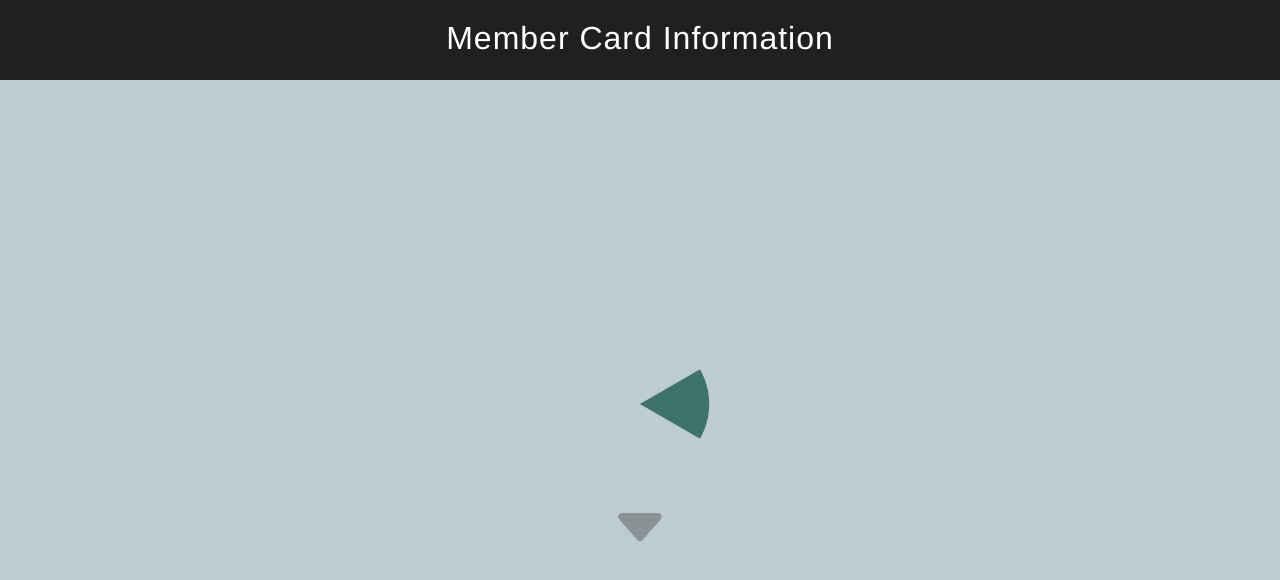
Repository: Leooook/lzhao-fed-test
Page: /
An editor plug-in stored every save of this project. The page is shown before and after the next save, followed by the edit.
The browser window is 1280 px wide. The pictures show the whole page.
The page's requests for data from a server got no answer. The project was rebuilt for these pictures with package versions that can differ from the ones it lists, and the page was loaded fresh each time. No one was signed in, and anything a server would have sent is missing. Also part of the build but not shown: src/components/detail.jsx.

Above is the page before, as saved 2021-03-15 21:59:41.

After the next save:
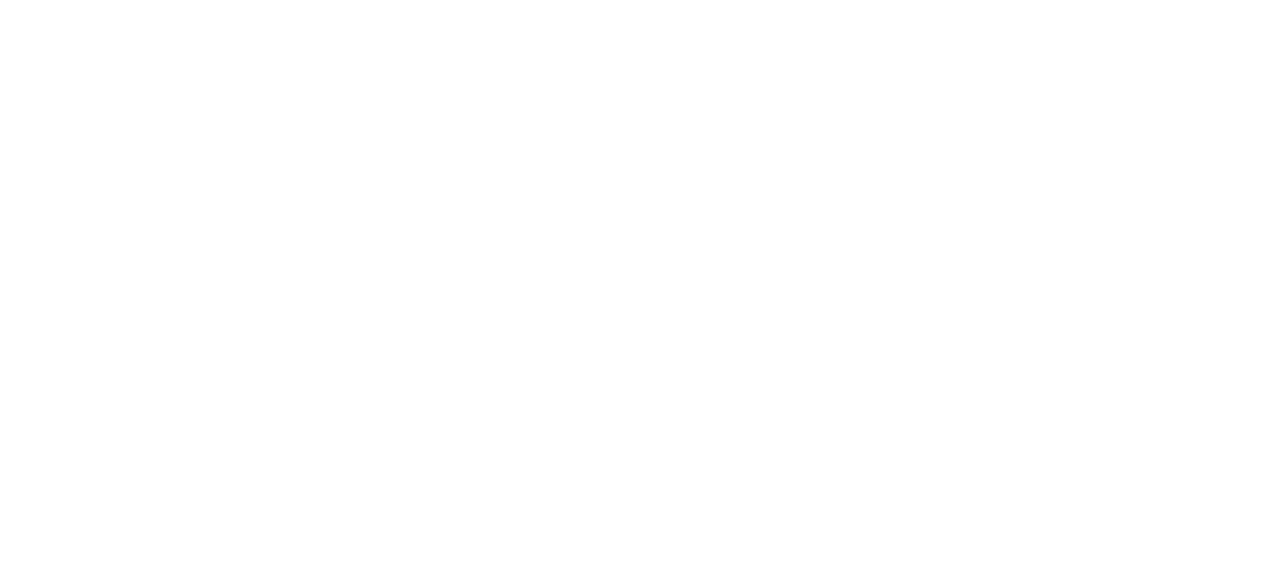
Console error: ReferenceError: None is not defined
Saved 54 s later.
--- a/src/App.js
+++ b/src/App.js
@@ -7,7 +7,7 @@ import Feature from './components/feature.jsx'
 
 export default function App() {
   const [featureAmount, setFeatureAmount] = useState([1])
-  const [iconsDispaly, setIconsDisplay] = useState([false])
+  const [iconsDispaly, setIconsDisplay] = useState(false)
 
   const setFeature = () => {
     setFeatureAmount(featureAmount => {return [...featureAmount, 1]})

After the 2 saves that followed:
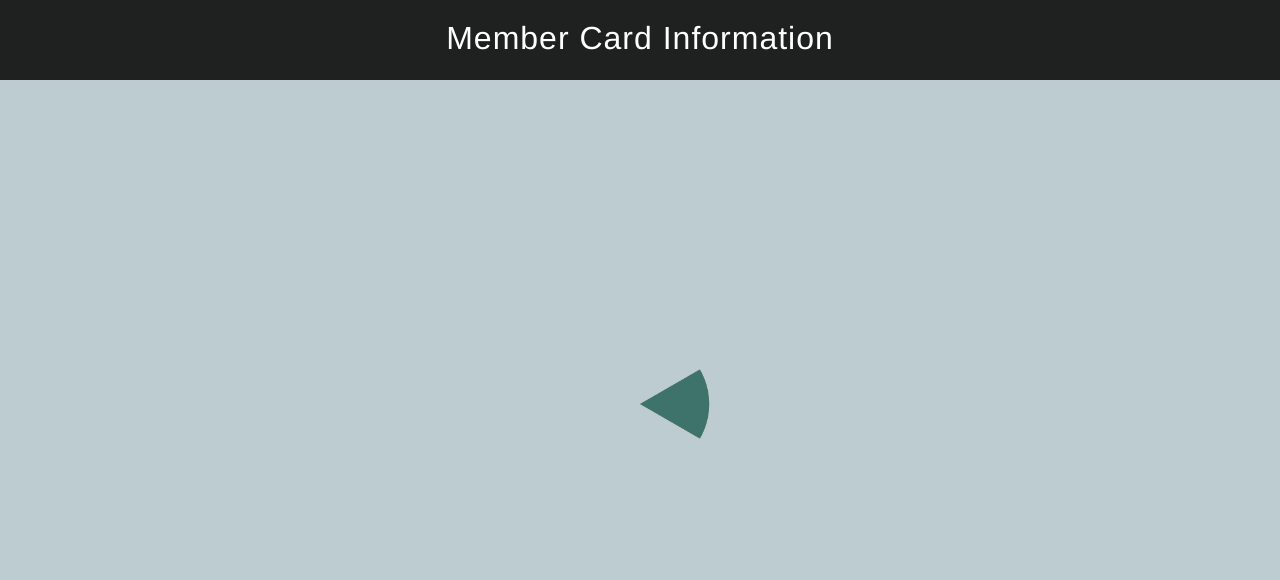
The error is gone.
The 2 saves are shown as one change because 1 left the picture as it was.
The last was saved 103 s later.
--- a/src/App.js
+++ b/src/App.js
@@ -24,7 +24,7 @@ export default function App() {
         featureAmount.map((key) => <Feature key = {key} setIcons={() => setIcons()} />)
       }
       {
-        iconsDispaly ? <BsCaretDownFill className='add-feature' onClick={() => setFeature()}/> : None
+        iconsDispaly ? <BsCaretDownFill className='add-feature' onClick={() => setFeature()}/> : null
       }
     </div>
   )
